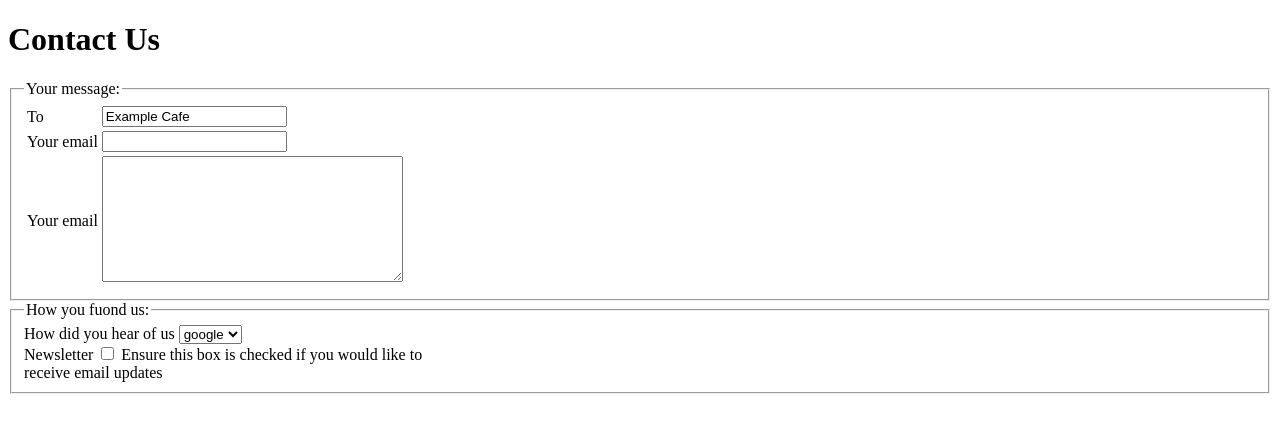
Repository: PhamChiXuan1/HTCNW_tuan3_DHCNTT16C_PhamChiXuan_20030131
Page: bt15.html
An editor plug-in stored every save of this project. The page is shown before and after the next save, followed by the edit.
The browser window is 1280 px wide. The pictures show the whole page.

Above is the page before, as saved 2022-02-28 12:06:13.

### bt15.html
<!DOCTYPE html>
<html lang="en">
<head>
    <meta charset="UTF-8">
    <meta http-equiv="X-UA-Compatible" content="IE=edge">
    <meta name="viewport" content="width=device-width, initial-scale=1.0">
    <title>Document</title>
</head>
<body>
    <H1>Contact Us</H1>
    <fieldset>
        <legend>Your message:</legend>
        <table>
            <tr>
                <td><table for="emailTo">To</table></td>
                <td><input type="text" name="txtTo" id="emailTo"  size="20" value="Example Cafe"></td>
            </tr>
            <tr>
                <td><table for="emailFrom">Your email</table></td>
                <td><input type="text" name="txtTo" id="emailFrom"  size="20" value=""></td>
            </tr>
            <tr>
                <td><table for="emailBody">Your email</table></td>
                <td><textarea name="" id="emailBody" cols="35" rows="8"></textarea></td>
            </tr>
        </table>
    </fieldset>
    <fieldset>
        <legend>How you fuond us:</legend>
        <tr>
            <td>
                How did you hear of us
            <td>
                <select>
                    <option>google</option>
                </select></td>
            </td>
        </tr>
        <br>
        <tr>
            <td>Newsletter</td>
            <td>
                <input type="checkbox" value="Checkbox">        Ensure this box is checked if you would like to <br>receive email updates
            </td>
        </tr>
    </fieldset>
</body>
</html>

After the next save:
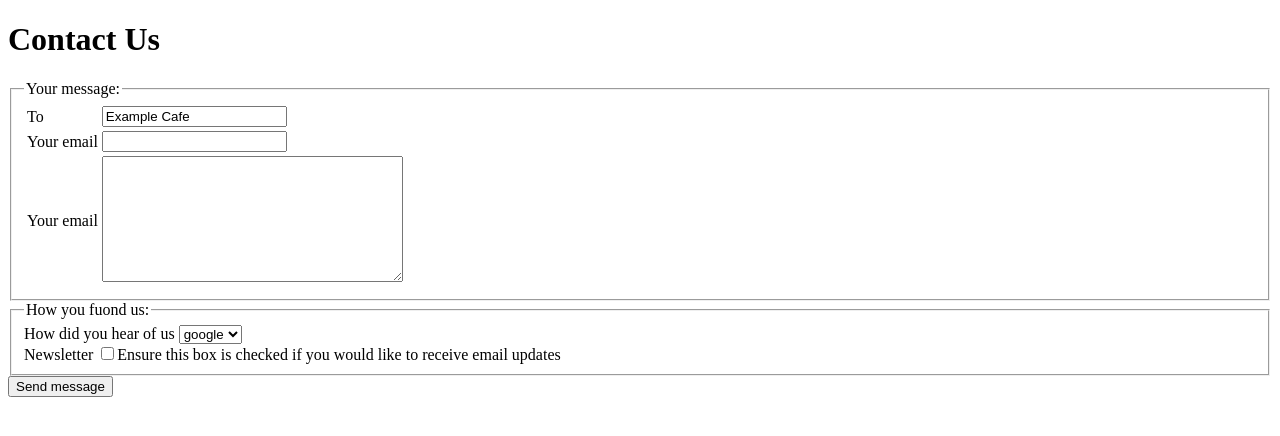
Saved 2 min 29 s later.
--- a/bt15.html
+++ b/bt15.html
@@ -40,9 +40,12 @@
         <tr>
             <td>Newsletter</td>
             <td>
-                <input type="checkbox" value="Checkbox">        Ensure this box is checked if you would like to <br>receive email updates
+                <input type="checkbox" value="Checkbox">Ensure this box is checked if you would like to receive email updates
             </td>
         </tr>
     </fieldset>
+    <form>
+        <input type="submit" value="Send message">
+    </form>
 </body>
 </html>
